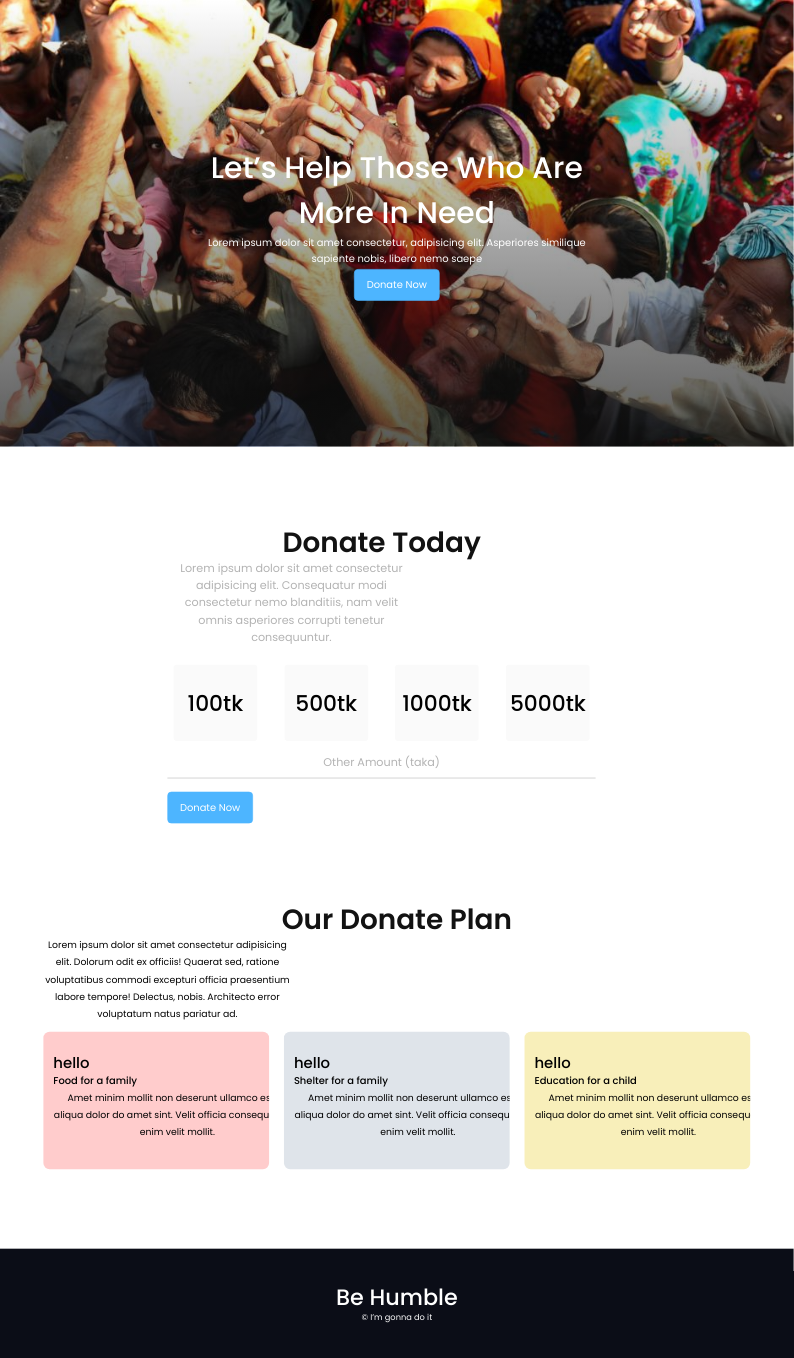
Repository: mdrubel02/donate-website
Page: index.html
These files come from the project's save history. The page is drawn as it stood at one moment and after the next save; the edit follows.
The browser window is 1280 px wide. The pictures show the whole page, at 62% of full size.

Above is the page before, as saved 2022-07-06 15:23:53.

After the next save:
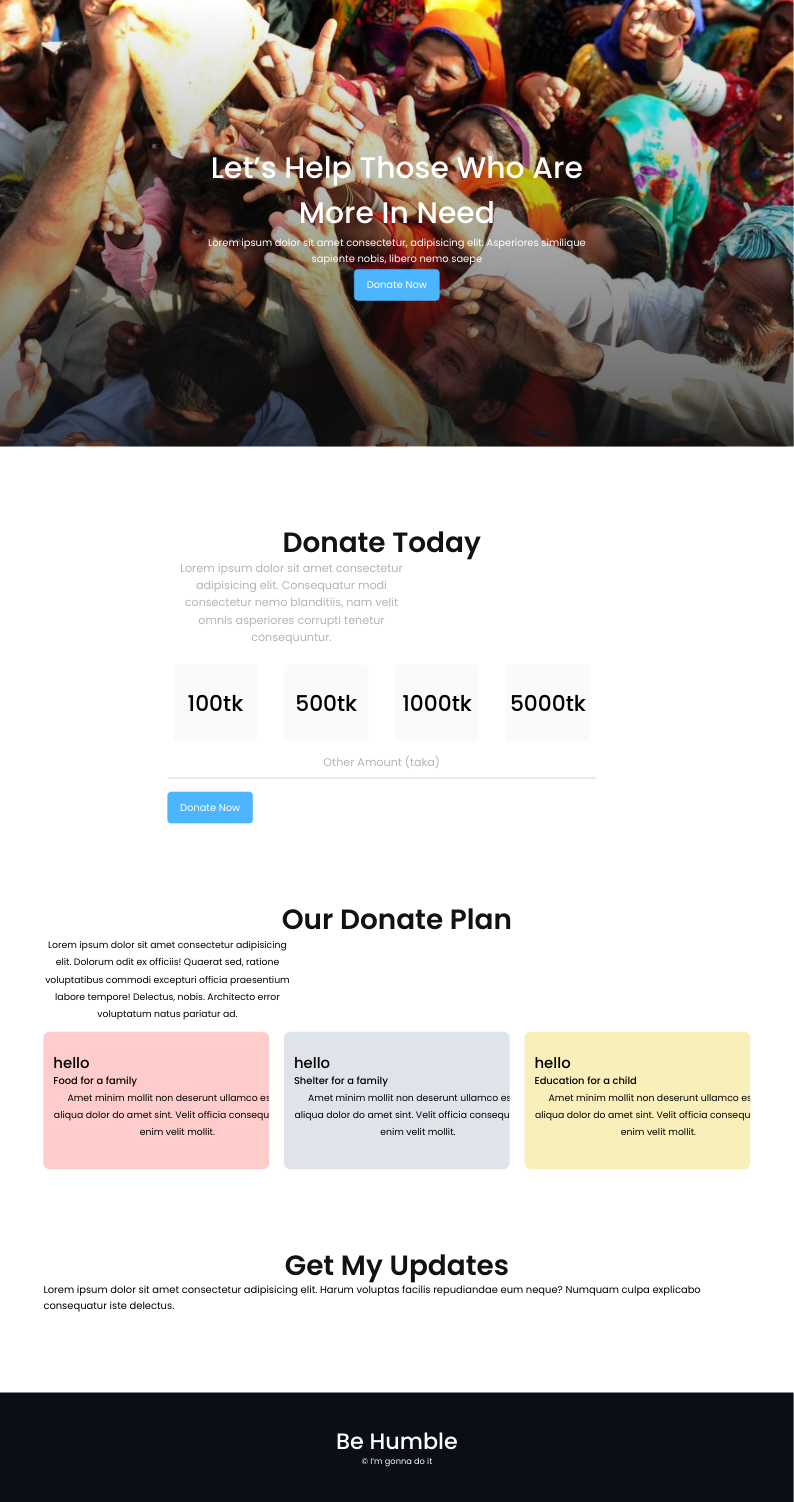
Saved 3 min 49 s later.
--- a/index.html
+++ b/index.html
@@ -71,6 +71,12 @@
         </div>
     </section>
 
+    <!-- Update Section -->
+    <section class="container">
+        <h1 class="section-title">Get My Updates</h1>
+        <p>Lorem ipsum dolor sit amet consectetur adipisicing elit. Harum voluptas facilis repudiandae eum neque? Numquam culpa explicabo consequatur iste delectus.</p>
+    </section>
+
     <!------- Footer Section---- -->
     <footer>
         <h1>Be Humble</h1>
